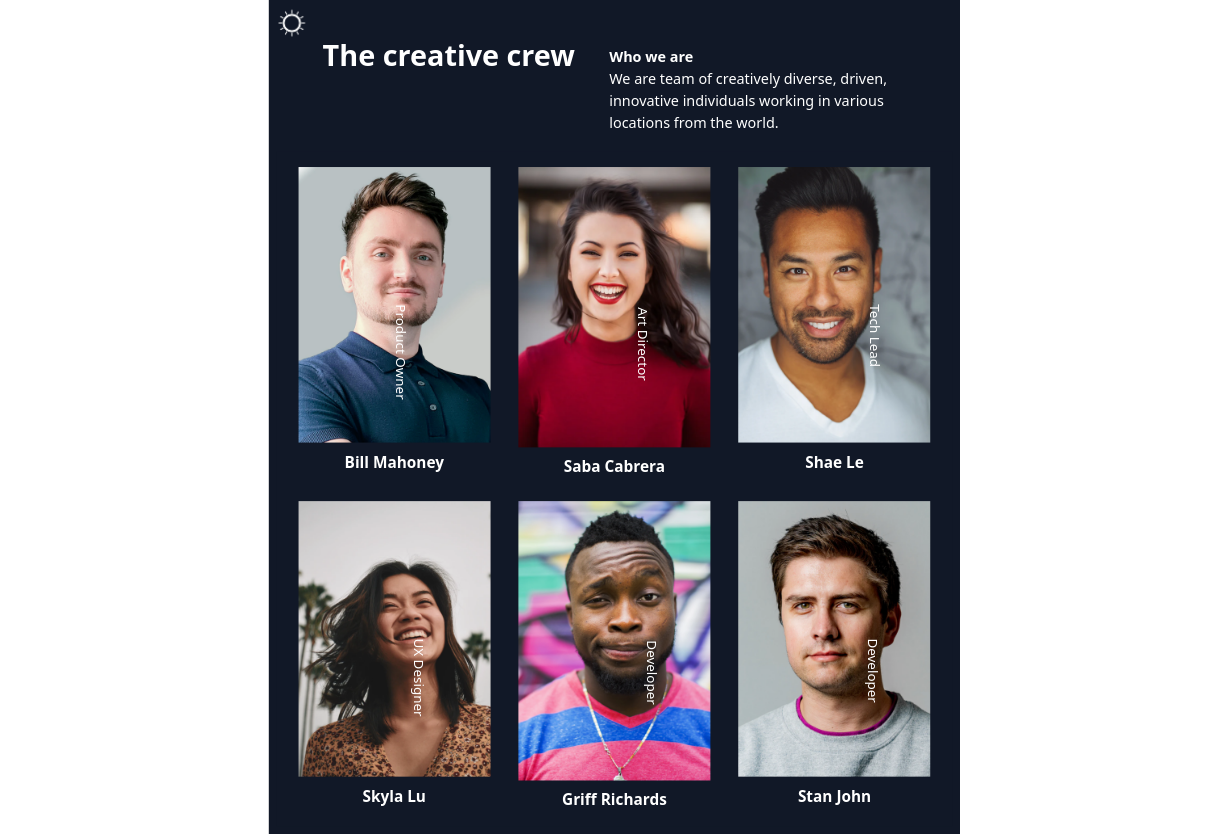
Repository: Alzate1075/Funval-G3-N2
Page: /
An editor plug-in stored every save of this project. The page is shown before and after the next save, followed by the edit.
The browser window is 1280 px wide. The pictures show the whole page, at 96% of full size.
The project was rebuilt for these pictures with package versions that can differ from the ones it lists, and the page was loaded fresh each time. Also part of the build but not shown: vite.config.js.

Above is the page before, as saved 2025-07-02 23:34:44.

After the next save:
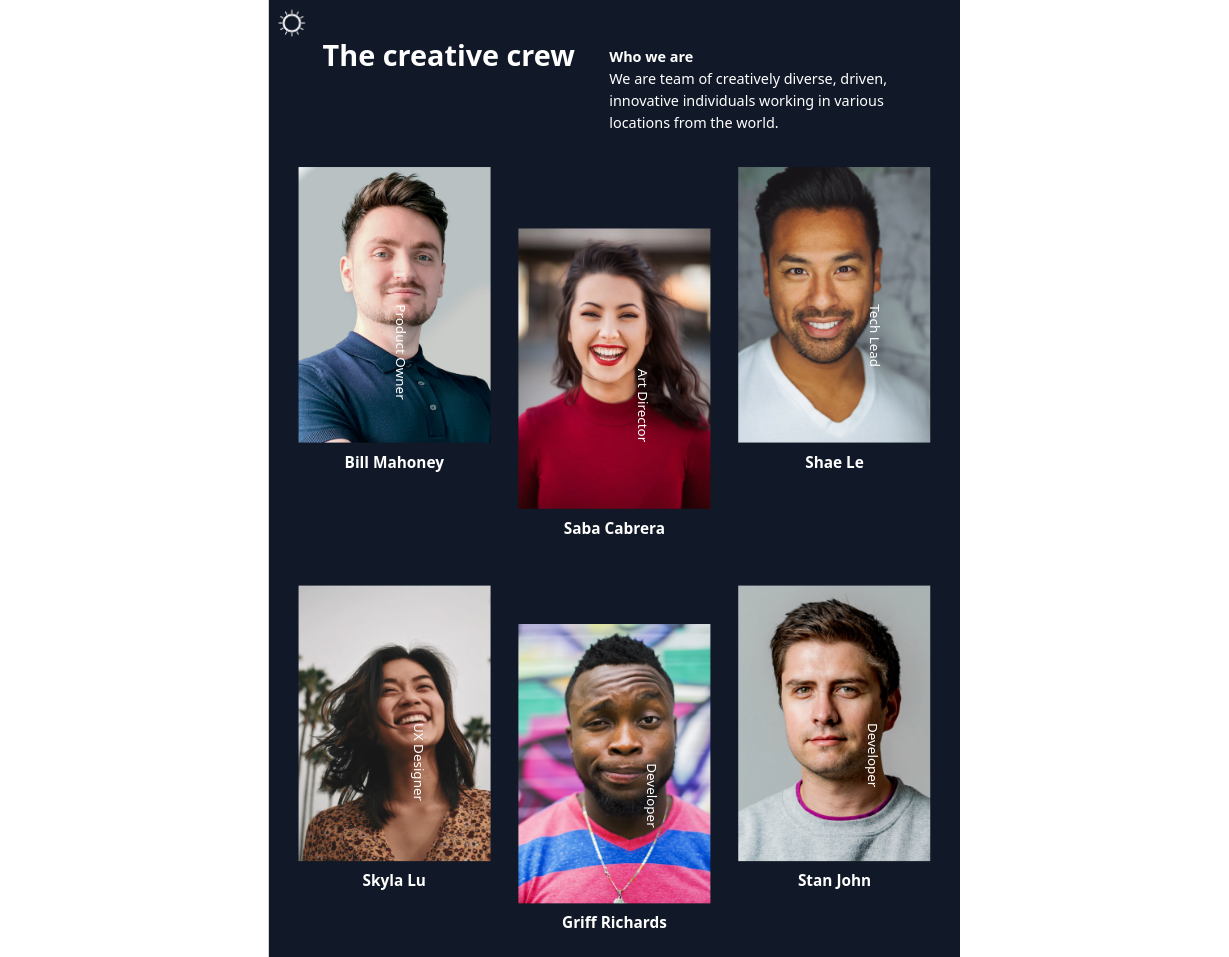
Saved 4 min 57 s later.
--- a/src/components/TeamCard.jsx
+++ b/src/components/TeamCard.jsx
@@ -1,7 +1,7 @@
 import React from "react";
 export function TeamCard(props) {
   return (
-    <div>
+    <div className={`${props.extraClass}`}>
       <div className="text-black md:text-white md:flex md:items-center md:justify-center gap-2 relative">
         <img src={props.image} alt={props.name} className="md:w-[200px] w-20" />
         <span className="absolute right-0 top-1/2 -translate-y-1/2 rotate-90 origin-left text-sm">
